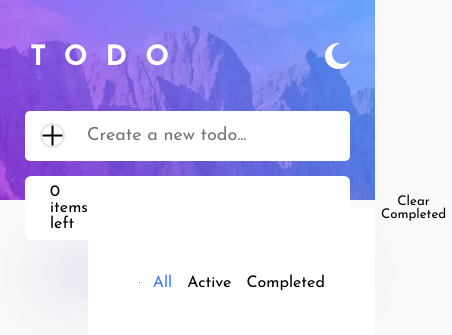
Repository: Haviles04/todoapp
Page: /
The author's editor kept a copy of each file at every save. The page is drawn from the files as they stood at one save, then again after a run of saves.
The browser window is 375 px wide. The page is 452 px wide, then 402 px, so the pictures cover 452 px, including what lies to the right of the window. The pictures show the whole page.
The project was rebuilt for these pictures with package versions that can differ from the ones it lists, and the page was loaded fresh each time.

Above is the page before, as saved 2022-10-24 16:30:49.

After the next 2 saves:
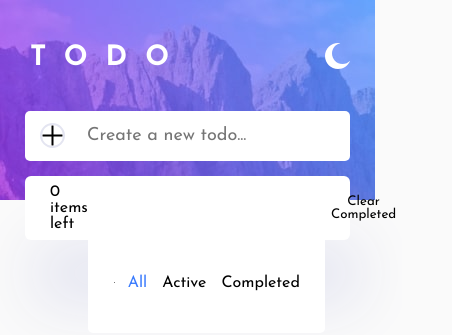
The 2 saves are shown as one change because they came seconds apart.
The last was saved 10 s later.
--- a/src/components/optionsFooter/optionsFooter.css
+++ b/src/components/optionsFooter/optionsFooter.css
@@ -51,7 +51,7 @@
         display: flex;
         justify-content: center;
         width: 350px;
-        padding: 50px;
+        padding: 25px;
         height: 50px;
         top:75px;
         background-color: white;
